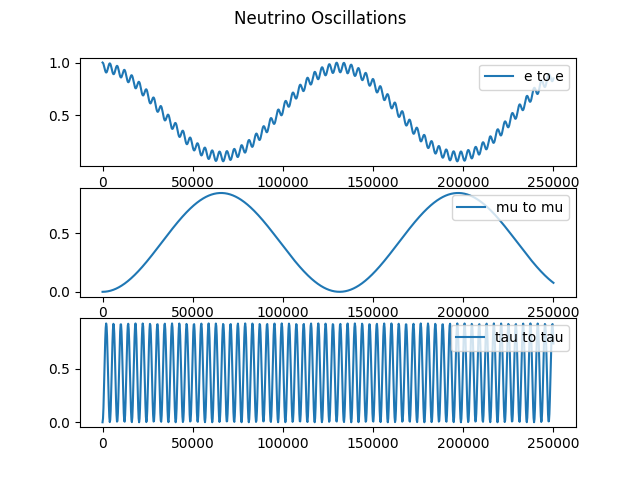
Repository: MichaelCullen2011/QuantumAndNeutrinos
Script's output: python neutrinos.py
An editor plug-in stored every save of this project. The script's output is shown before and after a run of saves, followed by the edit.
Random numbers start from a fixed seed.

Above is the script's output before, as saved 2021-06-02 16:39:08.

After the next 2 saves:
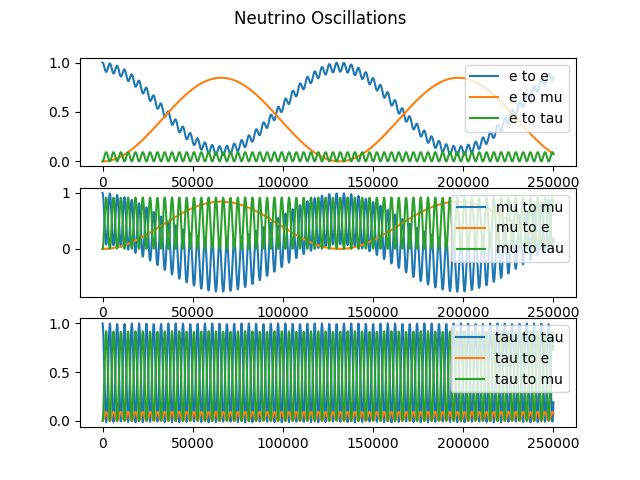
The 2 saves are shown as one change because 1 did not build or start.
The last was saved 44 s later.
--- a/neutrinos.py
+++ b/neutrinos.py
@@ -93,14 +93,28 @@ class Oscillations:
         fig.suptitle('Neutrino Oscillations')
 
         n = 0
-        for interaction, probs in self.prob_reduced.items():
-            axs[n].plot(self.x_range, probs[n])
+        # for interaction, probs in self.prob_reduced.items():
+        #     axs[n].plot(self.x_range, probs[n])
+        #     if n == 0:
+        #         axs[n].legend(['e to e', 'e to mu', 'e to tau'], loc=1)
+        #     elif n == 1:
+        #         axs[n].legend(['mu to mu', 'mu to e', 'mu to tau'], loc=1)
+        #     elif n == 2:
+        #         axs[n].legend(['tau to tau', 'tau to e', 'tau to mu'], loc=1)
+        #     n += 1
+        for initial in self.prob_reduced.values():
             if n == 0:
-                axs[n].legend(['e to e', 'e to mu', 'e to tau'], loc=1)
-            elif n == 1:
-                axs[n].legend(['mu to mu', 'mu to e', 'mu to tau'], loc=1)
-            elif n == 2:
-                axs[n].legend(['tau to tau', 'tau to e', 'tau to mu'], loc=1)
+                for p in initial:
+                    axs[n].plot(self.x_range, p)
+                    axs[n].legend(['e to e', 'e to mu', 'e to tau'], loc=1)
+            if n == 1:
+                for p in initial:
+                    axs[n].plot(self.x_range, p)
+                    axs[n].legend(['mu to mu', 'mu to e', 'mu to tau'], loc=1)
+            if n == 2:
+                for p in initial:
+                    axs[n].plot(self.x_range, p)
+                    axs[n].legend(['tau to tau', 'tau to e', 'tau to mu'], loc=1)
             n += 1
 
 
